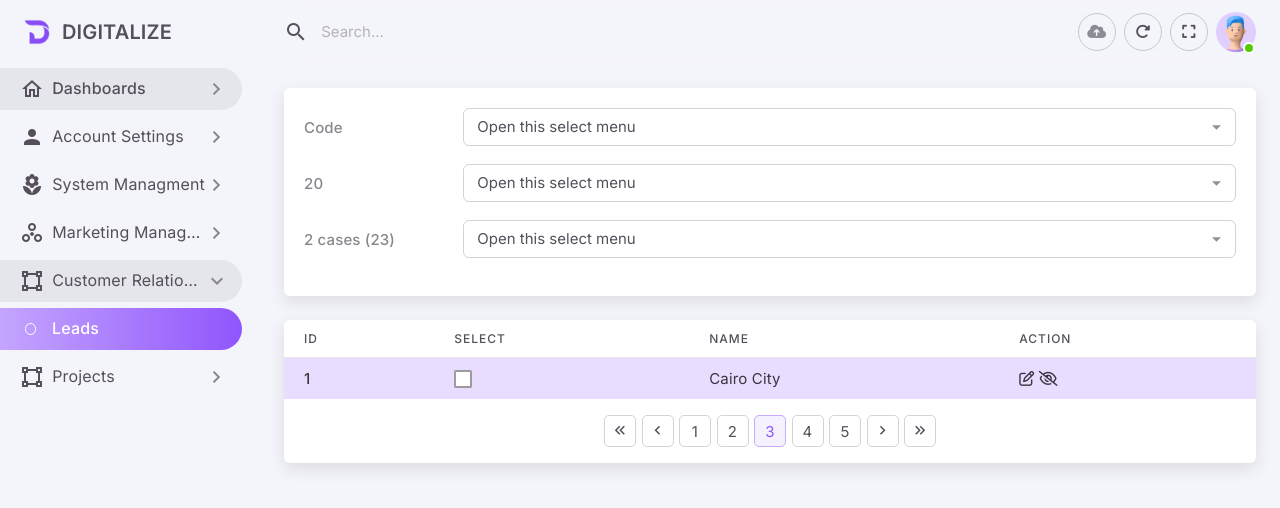
Repository: FadyFathey/sales-crm
Page: html/project-list.html
An editor plug-in stored every save of this project. The page is shown before and after the next save, followed by the edit.
The browser window is 1280 px wide. The pictures show the whole page.
Some icons come from a web library that is not loaded, so they are not drawn. Some web libraries are served in a nearby version.

Above is the page before, as saved 2024-10-09 13:52:04.
Console error: ReferenceError: d3 is not defined

After the next save:
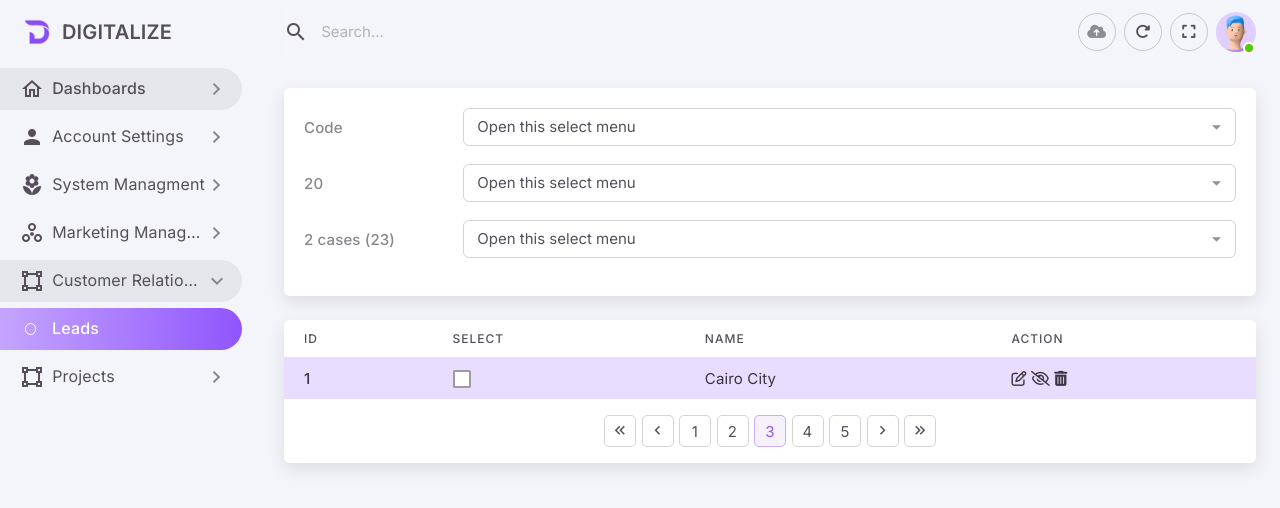
Saved 19 s later.
--- a/html/project-list.html
+++ b/html/project-list.html
@@ -403,6 +403,7 @@
                                             <td>
                                                 <i class="fa-regular fa-pen-to-square"></i>
                                                 <i class="fa-regular fa-eye-slash"></i>
+                                                <i class="fa-solid fa-trash-can"></i>
                                             </td>
                                         </tr>
                                     </tbody>
